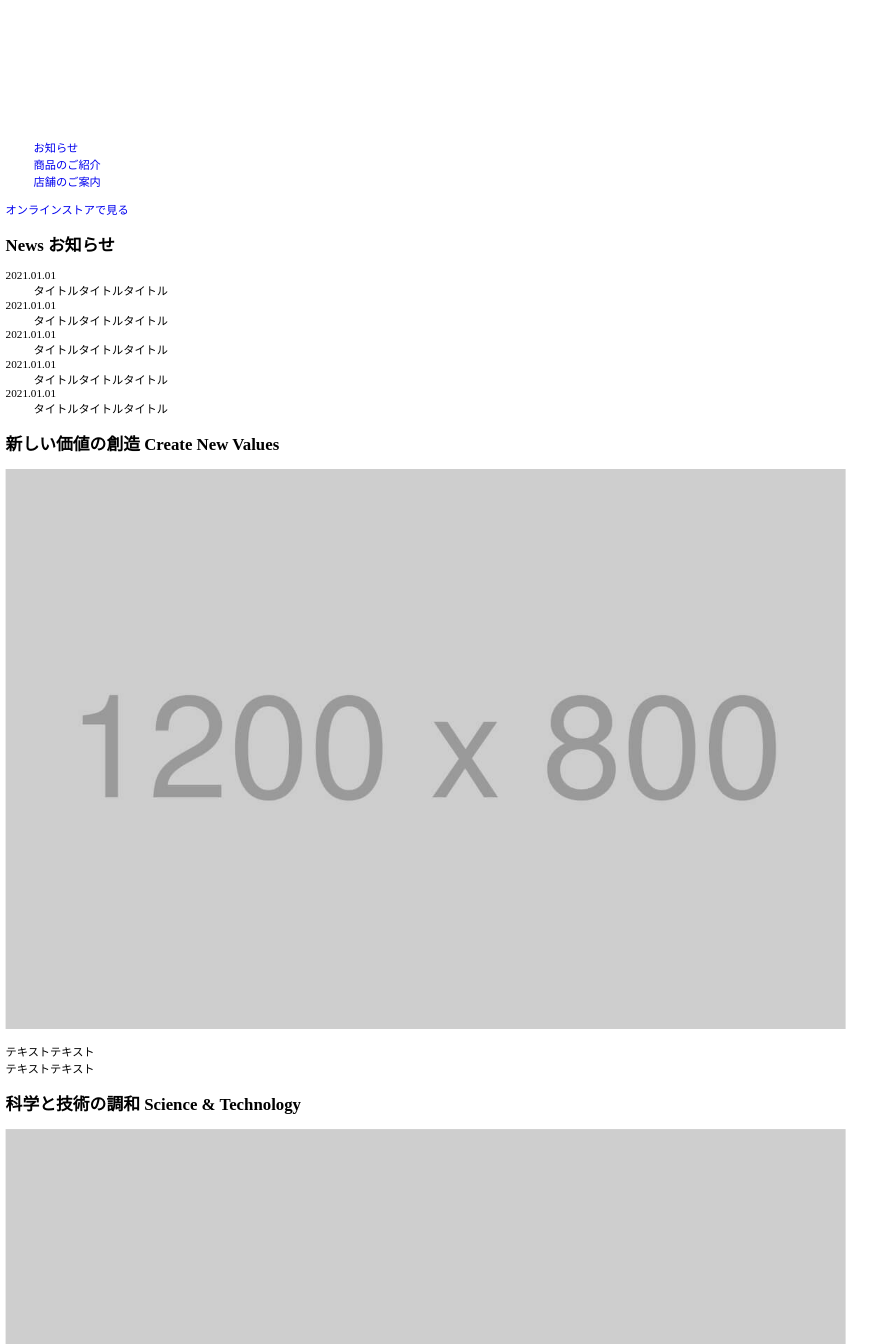
Repository: Fuki-san/wagashi
Page: http://localhost/wagashi
These files come from the project's save history. The page is drawn as it stood at one moment and after the next save; the edit follows.
The browser window is 1280 px wide. The pictures show the part of the page from y = 0 to 1920 px (the page is 3044 px tall before and 2980 px after), at 70% of full size.
The page is served by the project's Laravel application, run on PHP 8.4 with Laravel 10. Other server files are loaded and not shown.

Above is the page before, as saved 2023-12-05 18:10:02.

### routes/web.php
<?php

use Illuminate\Support\Facades\Route;
use Spatie\FlareClient\View;

/*
|--------------------------------------------------------------------------
| Web Routes
|--------------------------------------------------------------------------
|
| Here is where you can register web routes for your application. These
| routes are loaded by the RouteServiceProvider and all of them will
| be assigned to the "web" middleware group. Make something great!
|
*/

Route::get('/', function () {
    return view('welcome');
});

Route::get('wagashi', function() {
    return View('wagashi');
})->name('wagashi');

### resources/views/wagashi.blade.php
@extends('layouts.main')

@section('title', 'wagashi')

@section('content')
    <header id="header">
        <h1 class="site-title"><a href="#"><img src="img/logo.svg" alt=""></a></h1>
        <nav id="nav">
            <ul>
                <li><a href="#news">お知らせ</a></li>
                <li><a href="#products1">商品のご紹介</a></li>
                <li><a href="#shop">店舗のご案内</a></li>
            </ul>
        </nav>
        <div class="onlinestore"><a href="#" target="_blank" rel="noopener noreferrer">オンラインストアで見る</a></div>
    </header>

    <main>
        <section id="news" class="wrapper">

            <h2 class="sec-title">
                <span class="en">News</span>
                <span class="ja">お知らせ</span>
            </h2>

            <dl class="list">
                <dt>2021.01.01</dt>
                <dd>タイトルタイトルタイトル</dd>
                <dt>2021.01.01</dt>
                <dd>タイトルタイトルタイトル</dd>
                <dt>2021.01.01</dt>
                <dd>タイトルタイトルタイトル</dd>
                <dt>2021.01.01</dt>
                <dd>タイトルタイトルタイトル</dd>
                <dt>2021.01.01</dt>
                <dd>タイトルタイトルタイトル</dd>
            </dl>
        </section>

        <section id="products1" class="wrapper">
            <h2 class="site-title">
                <span class="ja">新しい価値の創造</span>
                <span class="en">Create New Values</span>
            </h2>

            <div class="img">
                <img src="img/products1.jpg" alt="">
                <p class="text">テキストテキスト<br>テキストテキスト</p>
            </div>
        </section>

        <section id="products2" class="wrapper">
            <h2 class="sec-title">
                <span class="ja">科学と技術の調和</span>
                <span class="en">Science & Technology</span>
            </h2>
            <div class="img">
                <img src="img/products2.jpg" alt="">
                <p class="text">テキストテキスト<br>テキストテキスト</p>
            </div>
        </section>

        <div id="shop">
            {{-- <iframe src="https://maps.app.goo.gl/xzFBJWJzvwRM9L8A6" width="600" height="450" style="border:0;" allowfullscreen="" loading="lazy"></iframe> --}}
            {{-- <iframe src="https://www.google.com/maps/embed?pb=!1m18!1m12!1m3!1d810.3187664078118!2d139.70214997715243!3d35.670228498760295!2m3!1f0!2f0!3f0!3m2!1i1024!2i768!4f13.1!3m3!1m2!1s0x60188cbac9b52cff%3A0x560d87a8e2d1d3d2!2z5Y6f5a6_6aeF!5e0!3m2!1sja!2sjp!4v1571819367477!5m2!1sja!2sjp"  height="250"   allowfullscreen=""></iframe> --}}
            <iframe src="https://www.google.com/maps/embed?pb=!1m18!1m12!1m3!1d3239.836551473939!2d139.7477714269531!3d35.70563960000001!2m3!1f0!2f0!3f0!3m2!1i1024!2i768!4f13.1!3m3!1m2!1s0x60188c4782eed4f3%3A0x5058b288249e640e!2z5p2x5Lqs44OJ44O844Og!5e0!3m2!1sja!2sjp!4v1701513094034!5m2!1sja!2sjp" style="border:0;" allowfullscreen="" loading="lazy" referrerpolicy="no-referrer-when-downgrade"></iframe>
        </div>

    </main>

    <footer id="footer">

        <div class="inner">
            <div class="left">
                <p><a href="#" target="_blank">オンラインストアで見る</a> | <a href="mailto:xxxx@gmail.com">お問い合わせ</a></p>
            </div>
            <div class="right">
                <div class="logo"><img src="img/logo.svg" alt=""></div>
                <p class="info">
                    〒106-0032 東京都港区六本木5丁目××××<br>
                    電話..<a href="tel:03-XXXX-XXXX">03-XXXX-XXXX</a>
                </p>
                <ul class="menu">
                    <li><a href="#news">お知らせ</a></li>
                    <li><a href="#products1">商品のご紹介</a></li>
                    <li><a href="#shop">店舗のご案内</a></li>
                </ul>
            </div>
        </div>
        <p class="copyright">&copy; SOUSAKU</p>
    </footer>

@endsection

### resources/views/layouts/main.blade.php
<!DOCTYPE html>
<html lang="ja">
<head>
    <meta charset="UTF-8">
    <meta name="viewport" content="width=device-width, initial-scale=1.0">
    <meta http-equiv="X-UA-Compatible" content="ie=edge">
    <link rel="stylesheet" href="{{ asset('css/reset.css') }}">
    <link rel="stylesheet" href="{{ asset('css/style.css') }}">
    <link rel="icon" href="img/favicon.ico">
    <title>@yield('title')</title>
</head>
<body>
    @yield('content')
</body>
</html>

### public/css/style.css
@charset "utf-8";

html{
    font-size: 100%;
}

img{
    max-width: 100%;
}
li{
    list-style: none;
}
a{
    text-decoration: none;
}

/* headerrr */
#header{
    background-image: image("img/mainvisual-pc.jpg");
}
#header nav{
    display: flex;
}

### public/img/logo.svg
<?xml version="1.0" encoding="utf-8"?>
<!-- Generator: Adobe Illustrator 15.1.0, SVG Export Plug-In . SVG Version: 6.00 Build 0)  -->
<!DOCTYPE svg PUBLIC "-//W3C//DTD SVG 1.1//EN" "http://www.w3.org/Graphics/SVG/1.1/DTD/svg11.dtd">
<svg version="1.1" id="レイヤー_1" xmlns="http://www.w3.org/2000/svg" xmlns:xlink="http://www.w3.org/1999/xlink" x="0px"
	 y="0px" width="57.4775391px" height="131.578125px" viewBox="0 0 57.4775391 131.578125"
	 style="enable-background:new 0 0 57.4775391 131.578125;" xml:space="preserve">
<style type="text/css">
<![CDATA[
	.st0{fill:#FFFFFF;}
]]>
</style>
<g>
	<path class="st0" d="M28.3789063,35.8789063l6.5400391,4.859375c-0.3603516,0.4804688-1.2001953,1.0800781-2.3398438,1.2607422
		v12.0595703c-0.0605469,0.359375-3.4199219,1.5-5.5195313,1.5h-1.0800781v-3.6601563H15.2998047v2.6992188
		c0,0.4208984-1.9199219,1.8007813-5.1601563,1.8007813H9.0595703v-10.5
		c-1.7392578,3.2402344-4.2597656,6.2998047-7.9189453,8.8798828l-0.6005859-0.6005859c5.5205078-8.21875,6-18.4785156,6-26.7587891
		v-9.1191406c-1.9199219,1.3798828-3.9599609,2.5800781-6.0595703,3.6591797L0,21.4199219
		C6.1796875,15.6601563,11.3994141,6.4199219,13.5,0l9.7197266,1.9804688
		c-0.2402344,0.7197266-0.7802734,1.0800781-2.3398438,1.3193359c20.5185547,3.7207031,13.3789063,15.9599609,7.9189453,11.8798828
		c-0.9599609-3.4199219-4.0195313-7.9794922-8.5195313-11.2792969c-2.0400391,3.1796875-4.7392578,6.5390625-7.9794922,9.6591797
		H19.5l2.9990234-3.8398438c0,0,3.4804688,2.6396484,5.5800781,4.5595703
		c-0.1796875,0.6601563-0.7802734,0.9609375-1.6201172,0.9609375H11.7001953l-0.2402344-0.9003906
		c-1.1396484,1.0195313-2.3398438,2.0400391-3.5400391,2.9394531l6,2.2207031h10.9189453l3.0605469-3.3603516L34.4384766,21
		c-0.359375,0.4794922-1.2597656,1.0195313-2.4599609,1.3193359v11.9394531
		c-0.0595703,0.3603516-3.359375,1.5605469-5.4589844,1.5605469h-1.0800781v-1.8007813H12.5400391
		C12.4199219,35.21875,12.2402344,36.4189453,12,37.6787109l4.0800781,1.5595703h9.2988281L28.3789063,35.8789063z
		 M25.4394531,32.3388672v-4.6796875H12.8994141c0,1.4404297-0.0595703,3-0.1796875,4.6796875H25.4394531z M12.8994141,21.1796875
		v4.7998047h12.5400391v-4.7998047H12.8994141z M25.9794922,50.1582031v-9.2392578H15.2998047v9.2392578H25.9794922z
		 M43.2587891,41.7587891c0,0.6601563-2.6396484,1.859375-4.9199219,1.859375h-1.1396484V5.2197266L45.2988281,6
		c-0.1201172,0.7802734-0.6005859,1.3203125-2.0400391,1.5605469V41.7587891z M56.7578125,2.1005859
		C56.578125,3,55.9785156,3.6005859,54.5380859,3.7802734v44.8183594c0,4.6796875-0.9599609,7.3193359-8.4599609,8.0390625
		c-0.1796875-2.0996094-0.4794922-3.6591797-1.3798828-4.7392578c-0.9599609-1.0205078-2.2197266-1.7998047-5.0996094-2.2197266
		v-0.8408203c0,0,5.9394531,0.3603516,7.2001953,0.3603516c0.9599609,0,1.2597656-0.2998047,1.2597656-1.0800781V1.2001953
		L56.7578125,2.1005859z"/>
	<path class="st0" d="M17.4599609,94.0800781c-0.1806641,0.5390625-0.7207031,0.9589844-1.8603516,1.1992188v34.2587891
		c-0.1201172,0.5400391-3,2.0400391-5.7597656,2.0400391H8.5195313v-31.3789063
		c-2.3994141,2.7597656-4.9794922,5.1601563-7.7392578,7.2001953l-0.7197266-0.5400391
		c5.3398438-7.5,10.9189453-19.6796875,13.9189453-31.6787109l9.5400391,3.1796875
		c-0.2998047,0.7802734-1.0800781,1.2597656-2.4003906,1.2001953c-2.0400391,4.859375-4.3798828,9.2988281-6.9589844,13.3193359
		L17.4599609,94.0800781z M39.9589844,89.7597656v11.0996094h4.7998047l3.6591797-4.7998047
		c0,0,4.140625,3.2998047,6.7197266,5.5800781c-0.1796875,0.6591797-0.8398438,0.9599609-1.6796875,0.9599609H39.9589844v11.3388672
		h5.1591797l4.0205078-5.2197266c0,0,4.4394531,3.5400391,7.1992188,5.9404297
		c-0.1796875,0.6591797-0.8398438,0.9599609-1.7402344,0.9599609H39.9589844v14.0390625
		c0,0.4199219-2.2207031,1.859375-5.9404297,1.859375h-1.3193359V89.7597656h-1.4404297
		c-3.8994141,5.8798828-8.3994141,10.6796875-13.4394531,14.2792969l-0.6601563-0.4794922
		c4.6201172-6.7802734,9.6601563-17.6992188,12.3603516-28.3193359l9.6591797,3.4199219
		c-0.2998047,0.7802734-1.0800781,1.2597656-2.4599609,1.1396484c-1.3798828,2.9404297-2.8203125,5.7597656-4.4394531,8.3398438
		h14.0996094l3.9589844-5.1591797c0,0,4.4404297,3.4794922,7.1396484,5.8193359
		c-0.1796875,0.6601563-0.8398438,0.9599609-1.6796875,0.9599609H39.9589844z"/>
</g>
</svg>

After the next save:
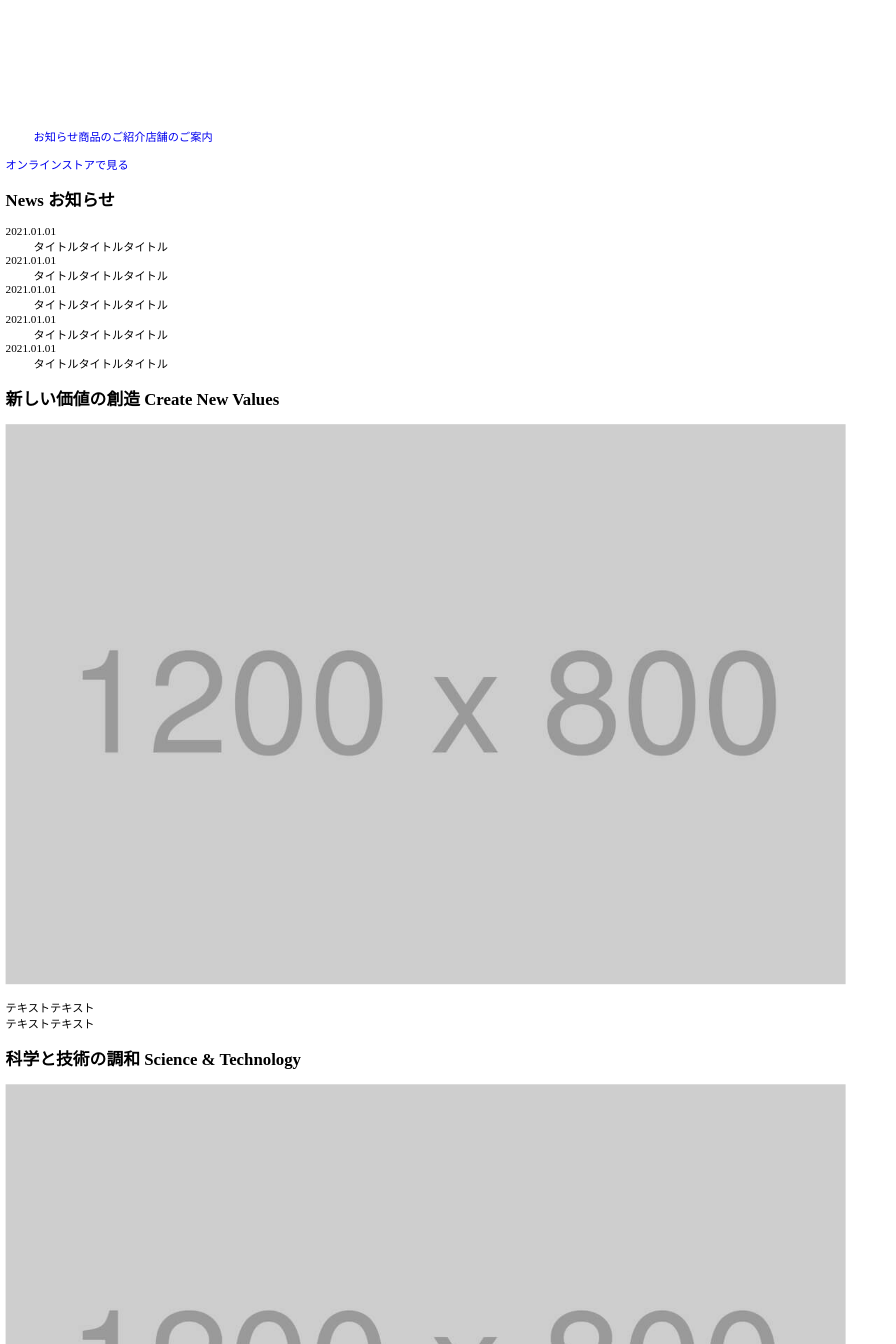
Saved 32 s later.
--- a/public/css/style.css
+++ b/public/css/style.css
@@ -18,6 +18,6 @@ a{
 #header{
     background-image: image("img/mainvisual-pc.jpg");
 }
-#header nav{
+#header nav ul{
     display: flex;
 }
